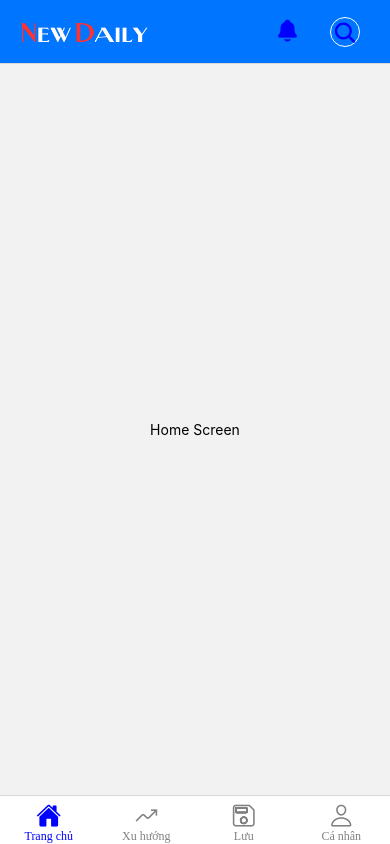
Repository: Quynhhuong150322/New_Daily
Screen: /BottomTab
An editor plug-in stored every save of this project. The screen is shown before and after the next save, followed by the edit.
The app was drawn by React Native's web renderer in a window 390 px wide. The project was rebuilt for these pictures with package versions that can differ from the ones it lists, and the page was loaded fresh each time. Also part of the build but not shown: firebase.js, screens/Login.js, screens/Signup.js, screens/Trending.js, screens/Save.js, components/Divider.js, components/Tab.js, screens/Profile.js and 4 more.

Above is the screen before, as saved 2023-12-20 06:38:26.

### App.js
import React from "react";
import {  StyleSheet, View } from "react-native";
import AppNavigator from "./navigation/AppNavigator";


export default function App() {
  return (
    <View style={styles.container}>
      <AppNavigator />
    </View>
  );
}

const styles = StyleSheet.create({
  container: {
    flex: 1,
  },
});

### navigation/AppNavigator.js
import { NavigationContainer } from '@react-navigation/native';
import { createNativeStackNavigator } from "@react-navigation/native-stack"
import Login from "../screens/Login";
import Signup from "../screens/Signup";
import  Welcome from "../screens/Welcome";
import  Home from "../screens/Home";
import  BottomTab from "../screens/ButtomTab";
import Trending from '../screens/Trending'
import Save from '../screens/Save'
import Profile from '../screens/Profile'
import Setting from '../screens/Setting'
import Dark_Mode from '../screens/Dark_Mode'
import Following from '../screens/Following'
import Notification from '../screens/Following'
import Privacy_Policy from '../screens/Following'
import Read_Later from '../screens/Following'
import Read_Recently from '../screens/Dark_Mode'
import Saved from '../screens/Following'
import Terms_Of_Use from '../screens/Following'
import Reading_Mode from '../screens/Reading_Mode'

const Stack = createNativeStackNavigator();


export default function AppNavigator() {
  return (
    <NavigationContainer>
      <Stack.Navigator
        initialRouteName='Welcome'
      >
        <Stack.Screen
          name="Welcome"
          component={Welcome}
          options={{
            headerShown: false
          }}
        />
        <Stack.Screen
          name="Login"
          component={Login}
          options={{
            headerShown: false
          }}
        />
        <Stack.Screen
          name="Signup"
          component={Signup}
          options={{
            headerShown: false
          }}
        />
        <Stack.Screen
          name="BottomTab"
          component={BottomTab}
          options={{ headerShown: false }}
        />
        <Stack.Screen
          name="Home"
          component={Home}
          options={{ headerShown: false }}
        />
        <Stack.Screen
          name="Trending"
          component={Trending}
        />
        <Stack.Screen
          name="Save"
          component={Save}
        />
        <Stack.Screen
          name="Profile"
          component={Profile}
        />
        <Stack.Screen
          name="Setting"
          component={Setting}
        />
        <Stack.Screen
          name="Dark_Mode"
          component={Dark_Mode}
        />
        <Stack.Screen
          name="Following"
          component={Following}
        />
        <Stack.Screen
          name="Notification"
          component={Notification}
        />
        <Stack.Screen
          name="Privacy_Policy"
          component={Privacy_Policy}
        />
        <Stack.Screen
          name="Read_Later"
          component={Read_Later}
        />
        <Stack.Screen
          name="Read_Recently"
          component={Read_Recently}
        />
        <Stack.Screen
          name="Saved"
          component={Saved}
        />
        <Stack.Screen
          name="Terms_Of_Use"
          component={Terms_Of_Use}
        />
        <Stack.Screen
          name="Reading_Mode"
          component={Reading_Mode}
        />

      </Stack.Navigator>
    </NavigationContainer>
  );
}

### screens/Welcome.js
import { View, Text, Pressable, Image } from 'react-native'
import React from 'react'
import { LinearGradient } from "expo-linear-gradient";
import colors from '../constants/colors';
import Button from '../components/Button';

const Welcome = ({ navigation }) => {

    return (
        <LinearGradient
            style={{
                flex: 1
            }}
            colors={[colors.Xanh_nhat, colors.Xanh_nhat]}
        >
            <View style={{ flex: 1 }}>
                <View>
                    <Image
                        source={require("../assets/Loading.png")}
                        style={{
                            height: 500,
                            width: 500,
                            position: "absolute",
                            top: 5,
                            right: -50,
                        }}
                    />

                    {/* <Image
                        source={require("../assets/Logo-4.png")}
                        style={{
                            height: 100,
                            width: 100,
                            borderRadius: 20,
                            position: "absolute",
                            top: -30,
                            left: 100,
                            transform: [
                                { translateX: 50 },
                                { translateY: 50 },
                                { rotate: "-5deg" }
                            ]
                        }}
                    /> */}
                </View>

                {/* content  */}

                <View style={{
                    paddingHorizontal: 22,
                    position: "absolute",
                    top: 400,
                    width: "100%"
                }}>
                    <Text style={{
                        fontSize: 25,
                        fontWeight: 1000,
                        color: colors.Xam1,
                        top: 30,
                        fontFamily: 'OpenSans-Regular',
                    }}>Đọc báo chỉ với một ứng dụng</Text>
                    <Text style={{
                        fontSize: 40,
                        fontWeight: 800,
                        color: colors.Den,
                        fontFamily: 'Helvetica-Bold',
                        top: 40,
                    }}>New Daily</Text>

                    <View style={{ marginVertical: 22 }}>
                        <Text style={{
                            fontSize: 16,
                            color: colors.Xam1,
                            marginVertical: 4,
                            top: 40,
                            fontFamily: 'OpenSans-Regular',
                        }}>Đọc tin tức mới nhất một cách mượt mà và nhanh chóng vào thời gian rảnh</Text>

                    </View>

                    <Button
                        title= {
                            <Text style={{
                                color: colors.Trang, fontSize: 25,
                                fontFamily: 'Helvetica-Bold',
                                }}>Đọc ngay
                            </Text>
                        }
                        onPress={() => navigation.navigate("Signup")}
                        style={{
                            marginTop: 22,
                            width: "100%",
                            backgroundColor: colors.Xanh_dam,
                            top: 30,
                        }}
                    />

                    <View style={{
                        flexDirection: "row",
                        marginTop: 12,
                        justifyContent: "center",
                        top: 50
                    }}>
                        <Text style={{
                            fontSize: 16,
                            color: colors.Den
                        }}>Bạn đã có tài khoản chưa?</Text>
                        <Pressable
                            onPress={() => navigation.navigate("Login")}
                        >
                            <Text style={{
                                fontSize: 16,
                                color: colors.Xanh_dam,
                                fontWeight: "bold",
                                marginLeft: 4
                            }}>Đăng nhập</Text>
                        </Pressable>

                    </View>
                </View>
            </View>
        </LinearGradient>
    )
}

export default Welcome

### screens/Home.js
import React from 'react';
import { createStackNavigator } from '@react-navigation/stack';
import { View, Text, Image, TouchableOpacity } from 'react-native';
import Ionicons from 'react-native-vector-icons/Ionicons';

const HomeStack = createStackNavigator();

function LogoTitle() {
    return (
        <Image
            style={{ width: 128, height: 20, marginLeft:20, marginTop:0}}
            source={require('../assets/Logo.png')}
        />
    );
}

function HomeScreen() {
    return (
        <View style={{ flex: 1, justifyContent: 'center', alignItems: 'center' }}>
            <Text>Home Screen</Text>
        </View>
    );
}

const Home = () => {
    return (
        <HomeStack.Navigator>
            <HomeStack.Screen
                name="HomeScreen"
                component={HomeScreen}
                options={{
                    headerLeft: props => <LogoTitle {...props} />,
                    headerTitle: '',
                    headerRight: () => (
                        <View style={{ flexDirection: 'row', marginRight: 30 }}>
                            <TouchableOpacity onPress={() => {/* handle search press */}}>
                                <Ionicons name="notifications" size={25} color="blue" />
                            </TouchableOpacity>
                            <TouchableOpacity onPress={() => {/* handle notification press */}} style={{ marginLeft: 30 }}>
                              <View style={{
                                  backgroundColor: '#0075FF',
                                  borderRadius: 20, // chỉ cần một thuộc tính borderRadius
                                  height: 30,
                                  width: 30,
                                  justifyContent: 'center',
                                  alignItems: 'center',
                                  borderColor: 'white', // đặt màu viền là trắng
                                  borderWidth: 1, // bạn cần thêm thuộc tính này để hiển thị viền
                              }}>
                                  <Ionicons name="search" size={25} color="blue" />
                              </View>
                            </TouchableOpacity>
                        </View>
                    ),
                    headerStyle: {
                        backgroundColor: '#0075FF',
                    },
                }}
            />
        </HomeStack.Navigator>
    );
}

export default Home;

### screens/ButtomTab.js
import * as React from "react";
import { createBottomTabNavigator } from "@react-navigation/bottom-tabs";
import Ionicons from "react-native-vector-icons/Ionicons";
import Home from './Home'
import Trending from './Trending'
import Save from './Save'
import Profile from './Profile'

const Tab = createBottomTabNavigator();

export default function ButtomTab() {
    return (
        <Tab.Navigator
        screenOptions={({ route }) => ({
            tabBarIcon: ({ focused, color, size }) => {
            let iconName;

            if (route.name === "Trang chủ") {
                iconName = focused ? "home" : "home-outline";
            } else if (route.name === "Xu hướng") {
                iconName = focused ? "trending-up" : "trending-up-outline";
            } else if (route.name === "Lưu") {
                iconName = focused ? "save" : "save-outline";
            } else if (route.name === "Cá nhân") {
                iconName = focused ? "person" : "person-outline";
            }

            return <Ionicons name={iconName} size={size} color={color} style={{ marginTop: 5 }}/>;
            },
        })}
        tabBarOptions={{
            activeTintColor: "blue",
            inactiveTintColor: "gray",
            labelStyle: {
                fontSize: 12,
                fontFamily: 'OpenSans-Regular',
            },
        }}
        >
            <Tab.Screen
                name="Trang chủ"
                component={Home}
                options={{
                    // title: 'NEWDAILY',
                    headerStyle: {
                    backgroundColor: '#0075FF',

                    },
                    headerTitleStyle: {
                    color: 'white',
                    fontSize: 16,
                    paddingTop: 100,
                    marginLeft: 0
                    },
                    headerShown: false,
                }}
            />
            <Tab.Screen name="Xu hướng" component={Trending} />
            <Tab.Screen name="Lưu" component={Save} />
            <Tab.Screen name="Cá nhân" component={Profile} />
        </Tab.Navigator>
    );
}

### constants/colors.js
const colors = {
    Xanh_nhat: "#D0ECEF",
    Xanh_dam: "#0075FF",
    Do: "#FF0000",
    Xam1: "#666666",
    Xam2: "#9E9C9C",
    Xam3: "#C0C0C0",
    Den: "#222222",
    Trang: "#FFFFFF",

}

export default colors;

### components/Button.js
import { Text, TouchableOpacity, StyleSheet } from 'react-native'
import React from 'react'
import colors from '../constants/colors'

const Button = (props) => {
    const filledBgColor = props.color || colors.primary;
    const outlinedColor = colors.white;
    const bgColor = props.filled ? filledBgColor : outlinedColor;
    const textColor = props.filled ? colors.white : colors.primary;

    return (
        <TouchableOpacity
            style={{
                ...styles.button,
                ...{ backgroundColor: bgColor },
                ...props.style
            }}
            onPress={props.onPress}
        >
            <Text style={{ fontSize: 20, ... { color: textColor } }}>{props.title}</Text>
        </TouchableOpacity>
    )
}

const styles = StyleSheet.create({
    button: {
        paddingBottom: 16,
        paddingVertical: 10,
        borderColor: colors.Xanh_dam,
        borderWidth: 2,
        borderRadius: 12,
        alignItems: 'center',
        justifyContent: 'center'
    }
})
export default Button

After the next save:
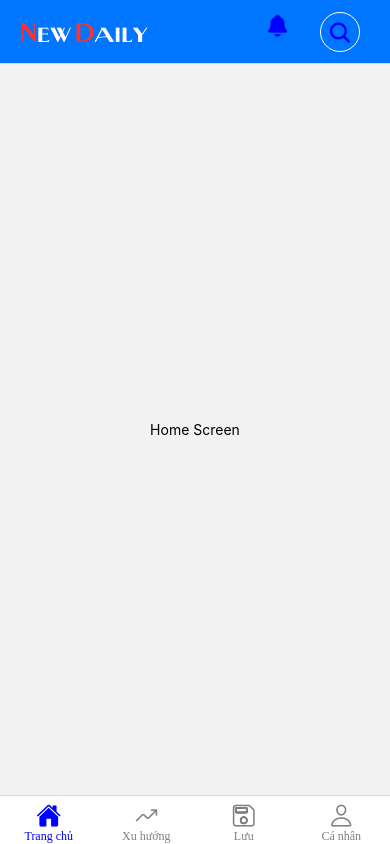
Saved 13 s later.
--- a/screens/Home.js
+++ b/screens/Home.js
@@ -40,8 +40,8 @@
                               <View style={{
                                   backgroundColor: '#0075FF',
                                   borderRadius: 20, // chỉ cần một thuộc tính borderRadius
-                                  height: 30,
-                                  width: 30,
+                                  height: 40,
+                                  width: 40,
                                   justifyContent: 'center',
                                   alignItems: 'center',
                                   borderColor: 'white', // đặt màu viền là trắng
